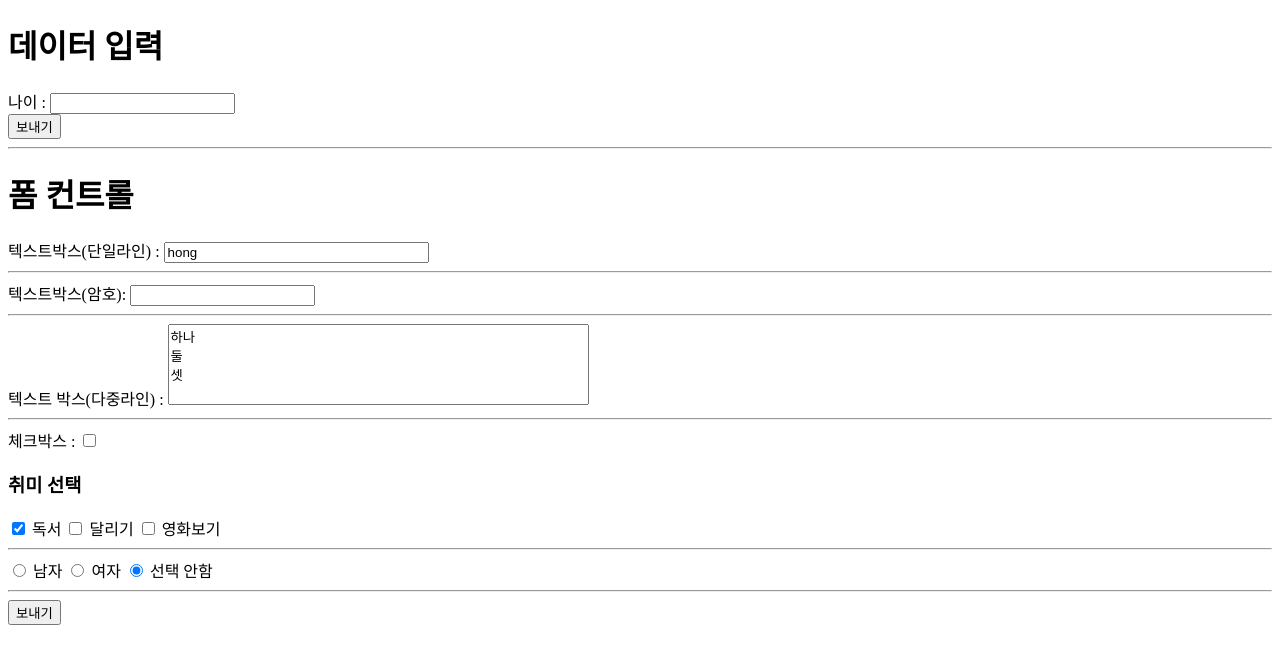
Repository: hb6700/client
Page: ClientTest/src/main/webapp/html/ex18_form.html
The author's editor kept a copy of each file at every save. The page is drawn from the files as they stood at one save, then again after the next save.
The browser window is 1280 px wide. The pictures show the whole page.

Above is the page before, as saved 2023-09-21 07:10:36.

### ClientTest/src/main/webapp/html/ex18_form.html
<!DOCTYPE html>
<html>
	<head>
		<meta charset="UTF-8">
		<title>ex18_form</title>
	</head>
	<body>
		<!--
		폼<form>태그
		- 입력 양식, 입력 컨트롤
		- 클라이언트(사용자)로부터 입력장ㅈ치(키보드, 마우스, 터치 등)을 통해서 데이터를 입력받는 역할
		- 입력 데이터 > 서버로 전송 > 업무 활용 or 데이터베이스 저장 등...
		ex) 텍스트박스, 버튼, 체크박스, 라디오버튼 등...
		- <form> + <form> 의 자식 태그들

		<form>
		- 모든 입력 컨트롤을 감싸는 컨테이너
		- 스스로는 랜더링 결과가 없다(출력X)
		- 입력한 값을 서버로 전송하는 역할(&*****)

		form.method
		- 데이터를 전송하는 방식
		- 택배(일반우편 | 등기우편)
			1. post
				- ex18_server.jsp
				- 데이터를 상자 안에 담아서 전송
				- 데이터가 노출X > 보안O
				- 전송하는 데이터의 최대길이제한 > 무제한
			2. get
				- ex18_server.jsp?age=20
				- 데이터를 송장에 붙여서 전송
				- 전송되는 데이터가 노출(주소창) > 보안X
				- 전송하는 데이터의 최대길이 제한 > 256자 > 8000바이트
		form.action
		- 데이터를 수신하는 서버측 URL
		- 받는 사람 주소
		- 서버측 동작하고 있는 프로그램 주소 > JSP, Servlet, Spring 주소

		-->
		<h1>데이터 입력</h1>
		<form method="POST" action="ex18_server.jsp">
			나이 : <input type="text" name="age">
			<br>
			<input type="submit" value="보내기">
		</form>

		<hr>

		<h1>폼 컨트롤</h1>
		<form method="POST" action="ex18_server.jsp">
			<!--
			<input>
			- 인라인 태그
			- 단독 태그
			------------------------------------
			- input.type
				- 입력 컨트롤 종류 지정
			- input.name
				- 식별자
				- HTML에서 사용
				- 서버측과 연동할 때 사용
			- input.id
				- 식별자
				- CSS, JavaScript에서 사용
			- input.class
				- 식별자
				- CSS, JavaScript에서 사용
			- input.size
				- 길이(문자 개수)
			- input.maxlength
				- 최대 입력 길이
				- 유효성 검사할 때 사용
			- input.value
				- 컨트롤의 입력값(현재 입력값)
			- input.readonly
				- 읽기 전용(전원 on) > 서버로 전송이 가능
			- input.disabled
				- 비활성화(전원 off) > 서버로 전송이 불가능
			- input.accesskey
				- 바로가기(Alt + 조합키) > 입력할 수 있는곳으로 커서 이동
			- input.autofocus
				- 자동으로 검색어 입력 가능하도록 포커싱 기능
			- input.autocomplete
				- 자동완성
			--------------------
			사용 예시
			<input type="text" name="txt1" id="txt1" class="txt" size="30"
			maxlength="5" value="hong" readonly/disabled accesskey="s" autofocus="off">
			-->
			텍스트박스(단일라인) :
			<input type="text" name="txt1" id="txt1" class="txt" size="30" 	value="hong" accesskey="s">

			<hr>

			<!--
			암호상자(Password Box, Masked Text Box)
				- 모든 속성이 텍스트박스와 동일
				- value속성 사용 금지!!
			-->
			텍스트박스(암호):
			<input type="password">

			<hr>

			<!--
			텍스트박스(다중라인) : <textarea>
			- 쌍태그
			- 대부분의 속성은 텍스트 박스와 유사
			- maxlength속성이 없다. > 많은 양의 텍스트를 입력받는 컨트롤
			- value 속성이 없다.
			- size > cols(한줄길이), rows(몇줄?)
			-->
			텍스트 박스(다중라인) :
			<textarea cols="50" rows="5" style="resize:none;">하나
둘
셋</textarea>
			<hr>
			<!--
			체크박스(check Box)
			-->
			체크박스 : <input type="checkbox">
			<h3>취미 선택</h3>
			<input type="checkbox" id="cb1" checked> <label for="cb1">독서</label>
			<input type="checkbox"> 달리기
			<label><input type="checkbox"> 영화보기 </label>

			<hr>

			<!--
			라디오 버튼
			- 체크박스와 유사
			-->
			<label><input type="radio" name="rbGender"> 남자</label>
			<input type="radio" name="rbGender" id="r"> <label for="r">여자</label>
			<input type="radio" name="rbGender" checked> 선택 안함
			<hr>

			<input type="submit" value="보내기">
		</form>
	</body>
</html>

After the next save:
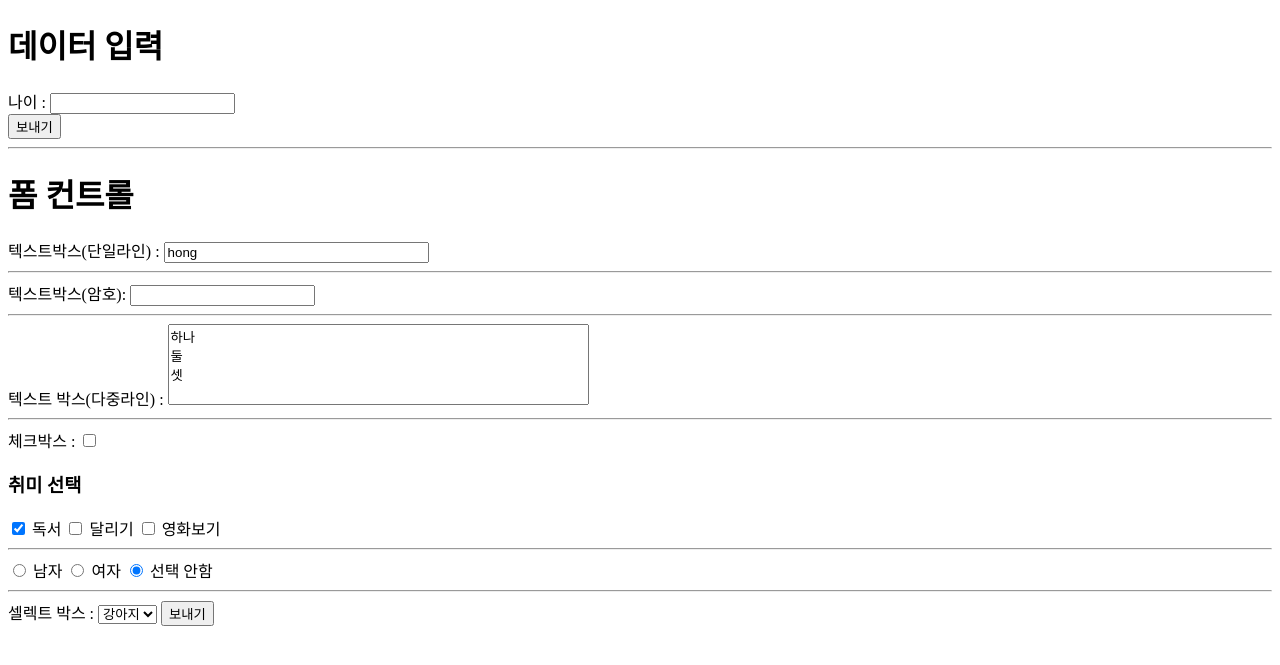
Saved 90 s later.
--- a/ClientTest/src/main/webapp/html/ex18_form.html
+++ b/ClientTest/src/main/webapp/html/ex18_form.html
@@ -133,7 +133,19 @@
 			<label><input type="radio" name="rbGender"> 남자</label>
 			<input type="radio" name="rbGender" id="r"> <label for="r">여자</label>
 			<input type="radio" name="rbGender" checked> 선택 안함
+
 			<hr>
+
+			<!--
+			셀렉트 박스(콤보박스(Combo), 드랍다운리스트(DropDown List))
+			-->
+			셀렉트 박스 :
+			<select>
+				<option>강아지</option>
+				<option>고양이</option>
+				<option>병아리</option>
+			</select>
+
 
 			<input type="submit" value="보내기">
 		</form>
